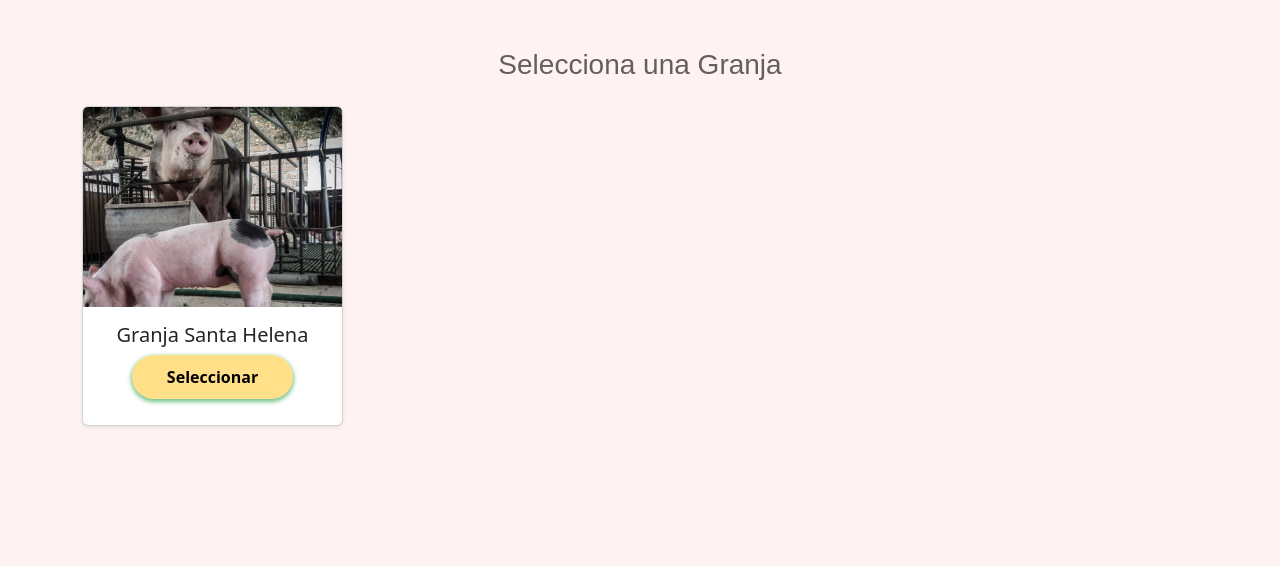
Repository: Mateojimenezz/Granja-Santa-Helena
Page: seleccionarGranja.html
The author's editor kept a copy of each file at every save. The page is drawn from the files as they stood at one save, then again after a run of saves.
The browser window is 1280 px wide. The pictures show the whole page.
Some web fonts or font styles are not loaded; a fallback is used.

Above is the page before, as saved 2025-05-13 11:58:31.

### seleccionarGranja.html
<!DOCTYPE html>
<html lang="es">
<head>
    <meta charset="UTF-8">
    <meta name="viewport" content="width=device-width, initial-scale=1.0">
    <title>La Granja</title>
    <link href="https://cdn.jsdelivr.net/npm/bootstrap@5.3.3/dist/css/bootstrap.min.css" rel="stylesheet" integrity="sha384-QWTKZyjpPEjISv5WaRU9OFeRpok6YctnYmDr5pNlyT2bRjXh0JMhjY6hW+ALEwIH" crossorigin="anonymous">

    <link rel="stylesheet" href="./assets/css/seleccionarGranja.css">
    <link rel="stylesheet" href="https://cdn.jsdelivr.net/npm/bootstrap-icons@1.11.3/font/bootstrap-icons.min.css">
    <link href="https://fonts.googleapis.com/css2?family=Calistoga&display=swap" rel="stylesheet">

  </head>
<body>
    <div class="container mt-5">
        <h3 class="text-center mb-4">Selecciona una Granja</h3>

        <div class="row g-4" id="granjas-list">
            <!-- Primera granja fija -->
            <div class="col-md-3 " id="granjas-container">
                <div class="card shadow-sm">
                    <img src="./assets/img/granja2.jpg" class="card-img-top" alt="Santa Helena">
                    <div class="card-body text-center">
                        <h5 class="card-title">Granja Santa Helena</h5>
                        <button class="btn btn-form" onclick="seleccionarGranja('Santa Helena')">Seleccionar</button>
                    </div>
                </div>
            </div>

            <!-- Aquí se agregarán las granjas dinámicamente -->
        </div>


    </div>






  <!-- bootstrap JS -->
  <script src="https://cdn.jsdelivr.net/npm/bootstrap@5.3.3/dist/js/bootstrap.bundle.min.js" integrity="sha384-YvpcrYf0tY3lHB60NNkmXc5s9fDVZLESaAA55NDzOxhy9GkcIdslK1eN7N6jIeHz" crossorigin="anonymous"></script>
  <script src="./assets/js/seleccionarGranja.js"></script>




</body>

</html>

### assets/css/seleccionarGranja.css

@import "./variables.css";
body{
    background-color: var( --color-FondoDiv2);
}
.container h3 {
    text-align: center;
    margin-bottom: 20px;
    color: var(--color-TextoMenuLateral);
    font-family: var(--font-principal);
}
.granja-card {
    width: 150px;
    margin: 10px;
    padding: 10px;
    border: 1px solid #ccc;
    border-radius: 8px;
    text-align: center;
    box-shadow: 2px 2px 10px rgba(0,0,0,0.2);
}



.granja-card button {
    margin-top: 10px;
    background-color: #007bff;
    color: white;
    border: none;
    padding: 5px 10px;
    cursor: pointer;
    border-radius: 5px;
}
.card-img-top {
    width: 100%;
    height: 200px; /* Ajusta según el diseño */
    object-fit: cover; /* Recorta la imagen para que se ajuste sin deformarse */

}
.btn-form{
    background-color: var(  --color-Botones);
    padding: 10px 35px;
    margin-bottom: 10px;
    border: none;
    border-radius: 30px;
    color: black;
    font-weight: bold;
    box-shadow: 0 2px 4px 1px  rgba(25, 157, 60, 0.6) /* Sombra verde */

  }
  .btn-form:hover {
    background-color: #f4cf50; /* Tonalidad más oscura */
    color: black;
  }
  .btn-form:active {
    background-color:var(--color-principal)!important;
    color: white !important;
    box-shadow: none !important;
  }
#granjas-container {
    display: flex;
    flex-wrap: wrap; /* Las tarjetas se acomodan automáticamente */
    align-items: flex-start; /* Mantiene la alineación superior */
    gap: 15px; /* Espaciado entre tarjetas */
}

/* 🔥 El botón se ajusta dinámicamente con JavaScript */
#agregar-granja {
    font-size: 24px;
    text-align: center;
    align-self: flex-start; /* Se mantiene alineado con las tarjetas */
    margin-left: 15px; /* Espaciado entre el botón y la última tarjeta */
}

### assets/js/seleccionarGranja.js
// ✅ Mostrar vista previa de imagen antes de guardarla
document.getElementById("imagen")?.addEventListener("change", function(event) {
    const file = event.target.files[0];
    const reader = new FileReader();

    reader.onload = function() {
        document.getElementById("preview").src = reader.result;
        document.getElementById("preview").style.display = "block";
    };

    if (file) {
        reader.readAsDataURL(file);
    }
});

// ✅ Guardar nueva granja y redirigir a `seleccionarGranja.html`
document.getElementById("form-granja")?.addEventListener("submit", function(event) {
    event.preventDefault();

    const nombreGranja = document.getElementById("nombre").value;
    const urlImagen = document.getElementById("preview").src;

    if (nombreGranja && urlImagen) {
        let granjas = JSON.parse(localStorage.getItem("granjas")) || [];
        granjas.push({ nombre: nombreGranja, imagen: urlImagen });
        localStorage.setItem("granjas", JSON.stringify(granjas));

        alert("Granja agregada correctamente!");

        window.location.href = "seleccionarGranja.html"; // Redirigir
    }
});

document.addEventListener("DOMContentLoaded", function() {
    const listaGranjas = document.getElementById("granjas-list");

    // ✅ Guardamos la primera granja fija antes de limpiar la lista
    const primeraGranjaHTML = listaGranjas.innerHTML;

    let granjas = JSON.parse(localStorage.getItem("granjas")) || [];

    if (granjas.length === 0) {
        console.warn("No hay granjas en el localStorage.");
    }

    // ✅ Mantenemos la primera granja fija antes de agregar nuevas
    listaGranjas.innerHTML = primeraGranjaHTML;

    granjas.forEach(granja => {
        const nuevaGranja = document.createElement("div");
        nuevaGranja.classList.add("col-md-3");

        nuevaGranja.innerHTML = `
            <div class="card shadow-sm">
                <img src="${granja.imagen}" class="card-img-top" alt="Imagen de ${granja.nombre}">
                <div class="card-body text-center">
                    <h5 class="card-title">${granja.nombre}</h5>
                    <button class="btn btn-form" onclick="seleccionarGranja('${granja.nombre}')">Seleccionar</button>
                </div>
            </div>
        `;

        listaGranjas.appendChild(nuevaGranja);
    });
});


function seleccionarGranja(nombre) {
    alert(`Has seleccionado la granja: ${nombre}`);
    localStorage.setItem("granjaSeleccionada", nombre);
    window.location.href = "dashboard.html"; // Redirigir a la vista de la granja
}

// ✅ Guardar la granja seleccionada y redirigir a `inicio.html`
function seleccionarGranja(nombre) {
    localStorage.setItem("granjaSeleccionada", nombre);
    window.location.href = "paginaDeInicio.html"; // Redirigir a la página principal
}

### assets/css/variables.css
/* variables.css */
:root {
    --color-principal: #1CAD48 ;
    --color-Botones: rgba(255, 187, 0, 0.47);
    --color-texto: white;
    --color-fondo: #f5f5f5;
    --font-principal: 'calistoga','arial';
    --color-fondoDiv: #F8E91C;
    --color-FondoDiv2:#FFF2F2;
    --color-Footter: #D9D9D9;
    --letra-gris: #B0B0B7;
    --color-menu-lateral:#BDEAAD;
    --color-TextoMenuLateral:#645f5f; /* Color de texto del menú lateral */
    --fondo-formularios:#FFFFFF; /* Color de fondo de los formularios */
  }

After the next 2 saves:
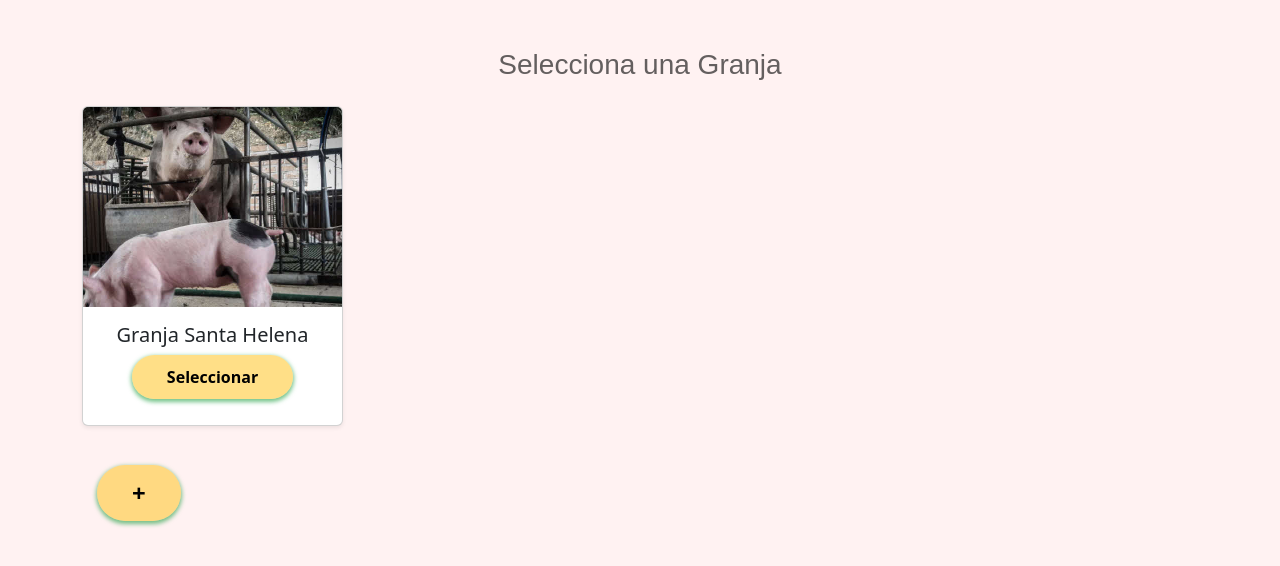
The 2 saves are shown as one change because they came seconds apart.
The last was saved 6 s later.
--- a/seleccionarGranja.html
+++ b/seleccionarGranja.html
@@ -25,6 +25,10 @@
                         <button class="btn btn-form" onclick="seleccionarGranja('Santa Helena')">Seleccionar</button>
                     </div>
                 </div>
+                   <!-- Botón para ir a la página de agregar nueva granja -->
+        <div class="text-center mt-4">
+            <a href="agregarGranja.html" id="agregar-granja" class="btn btn-form"> + </a>
+        </div>
             </div>
 
             <!-- Aquí se agregarán las granjas dinámicamente -->
